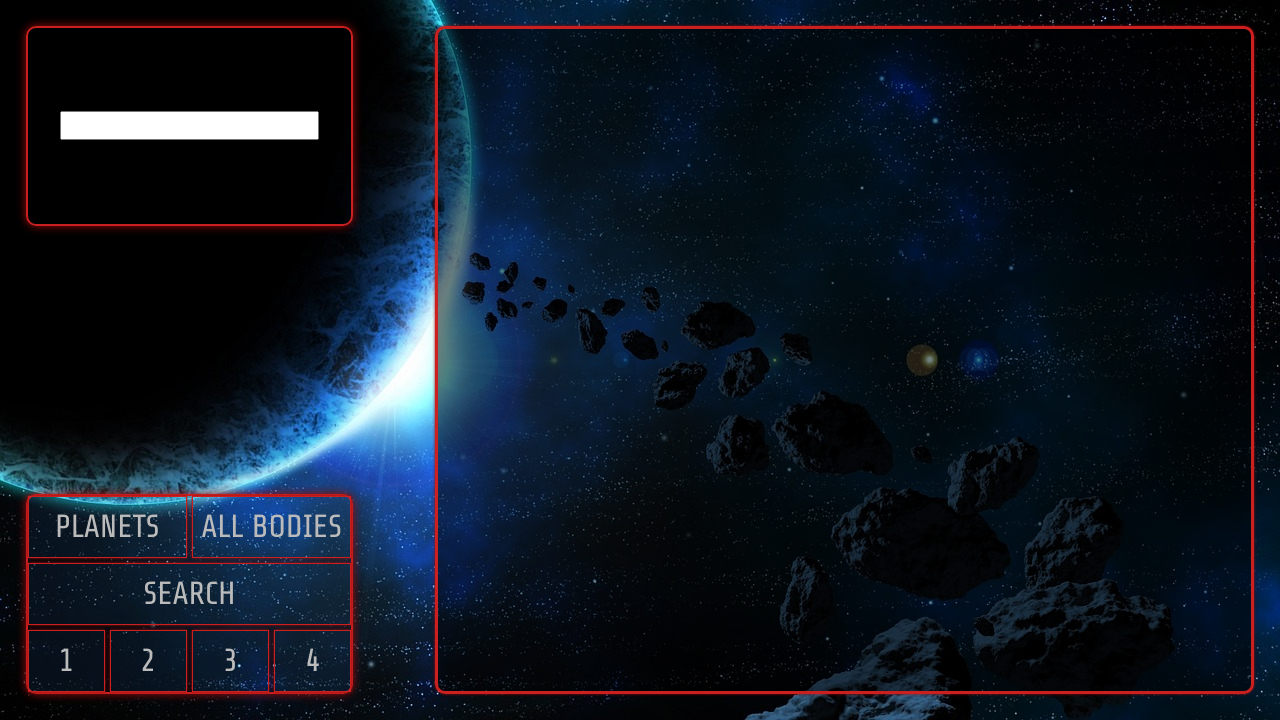
Repository: Przemek-Szadkowski/space-bodies
Page: /
The author's editor kept a copy of each file at every save. The page is drawn from the files as they stood at one save, then again after the next save.
The browser window is 1280 px wide. The pictures show the whole page.
The page's requests for data from a server got no answer. The project was rebuilt for these pictures with package versions that can differ from the ones it lists, and the page was loaded fresh each time. No one was signed in, and anything a server would have sent is missing. Also part of the build but not shown: src/components/BodieRecord.js.

Above is the page before, as saved 2021-11-27 14:06:29.

### public/index.html
<!DOCTYPE html>
<html lang="en">
  <head>
    <meta charset="utf-8" />
    <meta name="viewport" content="width=device-width, initial-scale=1" />
    <meta />
    <title>Space-bodies</title>
    <link
      href="https://fonts.googleapis.com/css2?family=Share+Tech&display=swap"
      rel="stylesheet"
    />
  </head>
  <body>
    <noscript>You need to enable JavaScript to run this app.</noscript>
    <div id="root"></div>
  </body>
</html>

### src/index.css
* {
  margin: 0;
  padding: 0;
  box-sizing: border-box;
  font-family: "Share Tech", sans-serif;
}

body {
  height: 100vh;
  width: 100%;
  background-image: url(./images/space-g1a6520065_1280.jpg);
  background-position: center;
  background-repeat: no-repeat;
  background-size: cover;
  overflow: hidden;
  transition: 1s;
}

main {
  height: 100vh;
  width: 100%;
  padding: 2%;
  display: grid;
  grid-template-columns: 1fr 2fr;
  grid-template-rows: 1fr 1fr;
}

/***DASHBOARD ***/

.dashboard {
  display: grid;
  grid-template-columns: repeat(4, 1fr);
  grid-template-rows: repeat(3, 1fr);
  column-gap: 5px;
  row-gap: 5px;
  align-self: end;
  justify-self: start;
  grid-area: 2/1/3/2;
  height: 200px;
  width: 80%;
  border: 2px solid rgb(202, 32, 32);
  border-radius: 10px;
  box-shadow: 0 0 10px rgb(155, 11, 11);
}

.dashboard__btn {
  display: flex;
  justify-content: center;
  align-items: center;
  height: 100%;
  width: 100%;
  color: #bbb;
  font-size: 2rem;
  border: 1px solid rgb(202, 32, 32);
  box-shadow: 0 0 3px rgb(155, 11, 11);
  background-color: transparent;
  transition: 0.5s;
  text-transform: uppercase;
  background-color: rgba(39, 123, 201, 0.1);
}

.dashboard__btn:hover {
  cursor: pointer;
  box-shadow: 0 0 30px rgb(155, 11, 11);
  color: rgba(202, 32, 32, 0.9);
  background-color: rgba(0, 0, 0, 0.3);
}

.dashboard__btn__main:nth-child(1) {
  grid-column: 1/3;
}

.dashboard__btn__main:nth-child(2) {
  grid-column: 3/5;
}

.dashboard__btn__start {
  grid-column: 1/5;
}

/*** MAIN TEXT AREA ***/

.text {
  display: flex;
  justify-content: center;
  align-items: center;
  grid-area: 1/2/3/3;
  height: 100%;
  width: 100%;
  border: 3px solid rgb(202, 32, 32);
  box-shadow: 0 0 3px rgb(155, 11, 11);
  border-radius: 10px;
  background-color: rgba(0, 0, 0, 0.5);
  overflow: scroll;
  -ms-overflow-style: none; /* IE and Edge */
  scrollbar-width: none; /* Firefox */
}

.text::-webkit-scrollbar {
  display: none; /* Chrome, Opera */
}

.mainList {
  width: 99%;
  height: 100%;
  padding: 5px 0;
  border-radius: 10px;
  display: grid;
  grid-template-columns: repeat(4, 1fr);
  grid-template-rows: auto;
  gap: 7px;
}

.record {
  color: rgba(202, 32, 32, 0.7);
  width: 100%;
  display: grid;
  grid-template-columns: 1fr;
  grid-template-rows: 1fr;
  background-color: rgba(39, 123, 201, 0.1);
  border: 2px solid rgb(6, 32, 56);
  border-radius: 10px;
  padding: 15px;
  transition: 0.5s;
}

.record:hover {
  cursor: pointer;
  background-color: rgba(39, 123, 201, 0.3);
  color: rgba(202, 32, 32, 0.9);
}

.record p {
  width: 100%;
  font-size: 1.8rem;
  margin-left: 20px;
  margin-bottom: 10px;
}

.record p.bodie-data {
  font-size: 1rem;
  color: #bbb;
  margin-bottom: 0px;
}

/*** SEARCH INPUT ***/

.search {
  display: grid;
  grid-template-columns: 1fr;
  grid-template-rows: 1fr;
  justify-items: center;
  align-items: center;
  grid-area: 1/1/2/2;
  height: 200px;
  width: 80%;
  border: 2px solid rgb(202, 32, 32);
  border-radius: 10px;
  box-shadow: 0 0 10px rgb(155, 11, 11);
}

.search input {
  height: 15%;
  width: 80%;
}

### src/App.js
import React, { useState, useEffect } from 'react';
import BodiesTable from "./components/BodiesTable";
import Dashboard from "./components/Dashboard";
import SearchInput from './components/SearchInput';

const ENDPOINT = 'https://api.le-systeme-solaire.net/rest/bodies/';

function App() {

  const [bodies, setBodies] = useState([]);
  const [arePlanets, setArePlanets] = useState(false);
  const [isSearchInput, setIsSearchInput] = useState(true);

  const getData = async () => {
    const response = await fetch(ENDPOINT);
    const bodiesData = await response.json();
    setBodies(bodiesData);
  }

  const showPlanets = () => {
    setArePlanets(true);
  }

  const showAllBodies = () => {
    setArePlanets(false);
  }

  const showSearchInput = () => {
    setIsSearchInput(true);
  }

  const hideSearchInput = () => {
    setIsSearchInput(false);
  }

  useEffect(() => {
      getData();
  }, []);

  return (
    <main>
      {isSearchInput ? <SearchInput/> : null}
      <Dashboard showPlanets={showPlanets} showAllBodies={showAllBodies}/>
      <BodiesTable bodies={arePlanets ? bodies.bodies.filter(body => body.isPlanet) : bodies.bodies}/>
    </main>
  );
}

export default App;

### src/components/BodiesTable.js
import React from 'react';
import BodieRecord from './BodieRecord';

export default function BodiesTable(props) {
    return (
        <div className="text">
            <div className="mainList">
               {props.bodies && props.bodies.map( bodie => {
                   return <BodieRecord key={bodie.id} data={bodie}/>
               })}
            </div>
        </div>
    )
}

### src/components/Dashboard.js
import React from 'react'

export default function Dashboard(props) {
    return (
        <div className="dashboard">
            <button
            className="dashboard__btn dashboard__btn__main dashboard__btn__main__planets" onClick={props.showPlanets}>Planets</button>
            <button className="dashboard__btn dashboard__btn__main" onClick={props.showAllBodies}>All bodies</button>
            <button className="dashboard__btn dashboard__btn__start">Search</button>
            <button className="dashboard__btn dashboard__btn__options">1</button>
            <button className="dashboard__btn dashboard__btn__options">2</button>
            <button className="dashboard__btn dashboard__btn__options">3</button>
            <button className="dashboard__btn dashboard__btn__options">4</button>
        </div>
    )
}

### src/components/SearchInput.js
import React from 'react'

export default function SearchInput() {
    return (
        <div className="search">
            <input type="search" />
        </div>
    )
}

Loaded but not shown: src/index.js (common file)

After the next save:
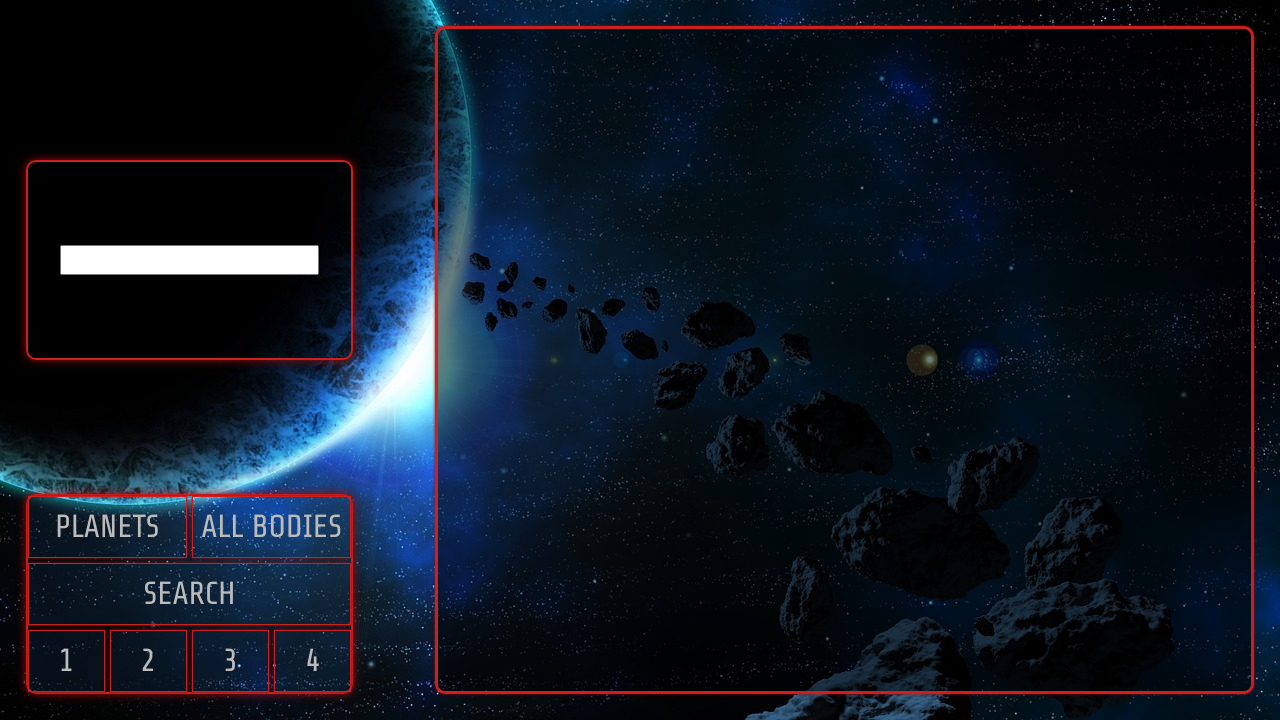
Saved 10 s later.
--- a/src/index.css
+++ b/src/index.css
@@ -152,6 +152,7 @@
   justify-items: center;
   align-items: center;
   grid-area: 1/1/2/2;
+  align-self: end;
   height: 200px;
   width: 80%;
   border: 2px solid rgb(202, 32, 32);

After the save that followed:
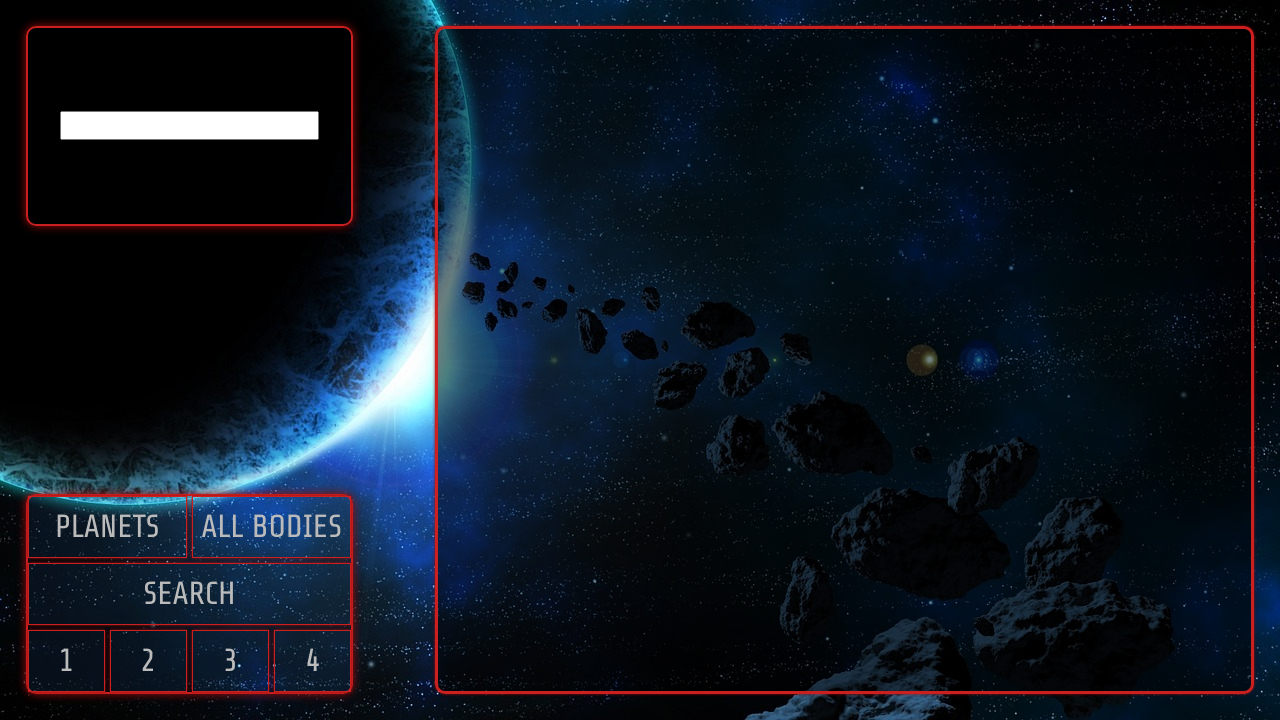
Saved 13 s later.
--- a/src/index.css
+++ b/src/index.css
@@ -152,7 +152,6 @@
   justify-items: center;
   align-items: center;
   grid-area: 1/1/2/2;
-  align-self: end;
   height: 200px;
   width: 80%;
   border: 2px solid rgb(202, 32, 32);
